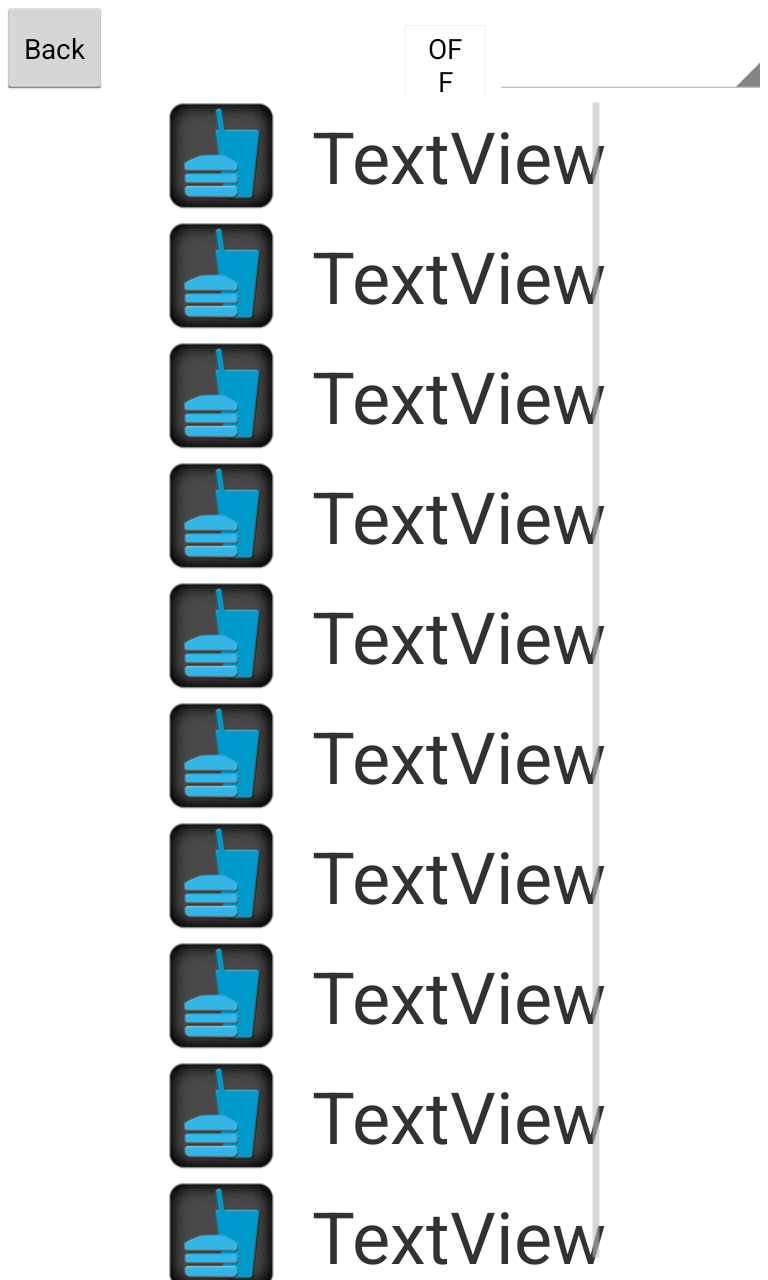
Repository: vitchyr/javoe
Layout: FirstRelease/res/layout/restaurant.xml
These files come from the project's save history. The layout is drawn as it stood at one moment and after the next save; the edit follows.
It is drawn on a 768 x 1280 px phone screen (xhdpi) without system bars, with theme AppTheme; the app's code is not run.

Above is the layout before, as saved 2013-08-18 22:35:42.

### FirstRelease/res/layout/restaurant.xml
<LinearLayout xmlns:android="http://schemas.android.com/apk/res/android"
    xmlns:tools="http://schemas.android.com/tools"
    android:layout_width="match_parent"
    android:layout_height="fill_parent"
    android:gravity="center_horizontal"
    android:orientation="vertical"
    tools:context=".RestaurantActivity" >

    <LinearLayout
        android:layout_width="match_parent"
        android:layout_height="48dp" >

        <Button
            android:id="@+id/button1"
            style="?android:attr/buttonStyleSmall"
            android:layout_width="wrap_content"
            android:layout_height="match_parent"
            android:text="Back" />

        <TextView
            android:id="@+id/textView1"
            android:layout_width="144dp"
            android:layout_height="wrap_content" />

        <ToggleButton
            android:id="@+id/toggleButton1"
            android:layout_width="48dp"
            android:layout_height="48dp" />

        <Spinner
            android:id="@+id/spinner1"
            android:layout_width="wrap_content"
            android:layout_height="48dp"
            android:layout_weight="1" />
    </LinearLayout>

    <ScrollView
        android:id="@+id/scrollView1"
        android:layout_width="wrap_content"
        android:layout_height="match_parent" >

        <LinearLayout
            android:layout_width="wrap_content"
            android:layout_height="match_parent"
            android:orientation="vertical" >

            <LinearLayout
                android:layout_width="match_parent"
                android:layout_height="wrap_content"
                android:gravity="center_vertical" >

                <ImageView
                    android:id="@+id/imageView1"
                    android:layout_width="60dp"
                    android:layout_height="60dp"
                    android:src="@drawable/ic_launcher" />

                <TextView
                    android:id="@+id/textView2"
                    android:layout_width="wrap_content"
                    android:layout_height="wrap_content"
                    android:paddingLeft="15dp"
                    android:text="TextView"
                    android:textSize="36sp" />
            </LinearLayout>

            <LinearLayout
                android:layout_width="match_parent"
                android:layout_height="wrap_content"
                android:gravity="center_vertical" >

                <ImageView
                    android:id="@+id/imageView2"
                    android:layout_width="60dp"
                    android:layout_height="60dp"
                    android:src="@drawable/ic_launcher" />

                <TextView
                    android:id="@+id/textView3"
                    android:layout_width="wrap_content"
                    android:layout_height="wrap_content"
                    android:paddingLeft="15dp"
                    android:text="TextView"
                    android:textSize="36sp" />
            </LinearLayout>

            <LinearLayout
                android:layout_width="match_parent"
                android:layout_height="wrap_content"
                android:gravity="center_vertical" >

                <ImageView
                    android:id="@+id/imageView3"
                    android:layout_width="60dp"
                    android:layout_height="60dp"
                    android:src="@drawable/ic_launcher" />

                <TextView
                    android:id="@+id/textView4"
                    android:layout_width="wrap_content"
                    android:layout_height="wrap_content"
                    android:paddingLeft="15dp"
                    android:text="TextView"
                    android:textSize="36sp" />
            </LinearLayout>

            <LinearLayout
                android:layout_width="match_parent"
                android:layout_height="wrap_content"
                android:gravity="center_vertical" >

                <ImageView
                    android:id="@+id/imageView4"
                    android:layout_width="60dp"
                    android:layout_height="60dp"
                    android:src="@drawable/ic_launcher" />

                <TextView
                    android:id="@+id/textView5"
                    android:layout_width="wrap_content"
                    android:layout_height="wrap_content"
                    android:paddingLeft="15dp"
                    android:text="TextView"
                    android:textSize="36sp" />
            </LinearLayout>

            <LinearLayout
                android:layout_width="match_parent"
                android:layout_height="wrap_content"
                android:gravity="center_vertical" >

                <ImageView
                    android:id="@+id/imageView5"
                    android:layout_width="60dp"
                    android:layout_height="60dp"
                    android:src="@drawable/ic_launcher" />

                <TextView
                    android:id="@+id/textView6"
                    android:layout_width="wrap_content"
                    android:layout_height="wrap_content"
                    android:paddingLeft="15dp"
                    android:text="TextView"
                    android:textSize="36sp" />
            </LinearLayout>

            <LinearLayout
                android:layout_width="match_parent"
                android:layout_height="wrap_content"
                android:gravity="center_vertical" >

                <ImageView
                    android:id="@+id/imageView6"
                    android:layout_width="60dp"
                    android:layout_height="60dp"
                    android:src="@drawable/ic_launcher" />

                <TextView
                    android:id="@+id/textView7"
                    android:layout_width="wrap_content"
                    android:layout_height="wrap_content"
                    android:paddingLeft="15dp"
                    android:text="TextView"
                    android:textSize="36sp" />
            </LinearLayout>

            <LinearLayout
                android:layout_width="match_parent"
                android:layout_height="wrap_content"
                android:gravity="center_vertical" >

                <ImageView
                    android:id="@+id/imageView7"
                    android:layout_width="60dp"
                    android:layout_height="60dp"
                    android:src="@drawable/ic_launcher" />

                <TextView
                    android:id="@+id/textView8"
                    android:layout_width="wrap_content"
                    android:layout_height="wrap_content"
                    android:paddingLeft="15dp"
                    android:text="TextView"
                    android:textSize="36sp" />
            </LinearLayout>

            <LinearLayout
                android:layout_width="match_parent"
                android:layout_height="wrap_content"
                android:gravity="center_vertical" >

                <ImageView
                    android:id="@+id/imageView8"
                    android:layout_width="60dp"
                    android:layout_height="60dp"
                    android:src="@drawable/ic_launcher" />

                <TextView
                    android:id="@+id/textView9"
                    android:layout_width="wrap_content"
                    android:layout_height="wrap_content"
                    android:paddingLeft="15dp"
                    android:text="TextView"
                    android:textSize="36sp" />
            </LinearLayout>

            <LinearLayout
                android:layout_width="match_parent"
                android:layout_height="wrap_content"
                android:gravity="center_vertical" >

                <ImageView
                    android:id="@+id/imageView9"
                    android:layout_width="60dp"
                    android:layout_height="60dp"
                    android:src="@drawable/ic_launcher" />

                <TextView
                    android:id="@+id/textView10"
                    android:layout_width="wrap_content"
                    android:layout_height="wrap_content"
                    android:paddingLeft="15dp"
                    android:text="TextView"
                    android:textSize="36sp" />
            </LinearLayout>

            <LinearLayout
                android:layout_width="match_parent"
                android:layout_height="wrap_content"
                android:gravity="center_vertical" >

                <ImageView
                    android:id="@+id/imageView10"
                    android:layout_width="60dp"
                    android:layout_height="60dp"
                    android:src="@drawable/ic_launcher" />

                <TextView
                    android:id="@+id/textView11"
                    android:layout_width="wrap_content"
                    android:layout_height="wrap_content"
                    android:paddingLeft="15dp"
                    android:text="TextView"
                    android:textSize="36sp" />
            </LinearLayout>
        </LinearLayout>
    </ScrollView>

</LinearLayout>

Loaded but not shown: FirstRelease/res/values/styles.xml (common file); FirstRelease/res/values-v11/styles.xml (common file); FirstRelease/res/values-v14/styles.xml (common file)

After the next save:
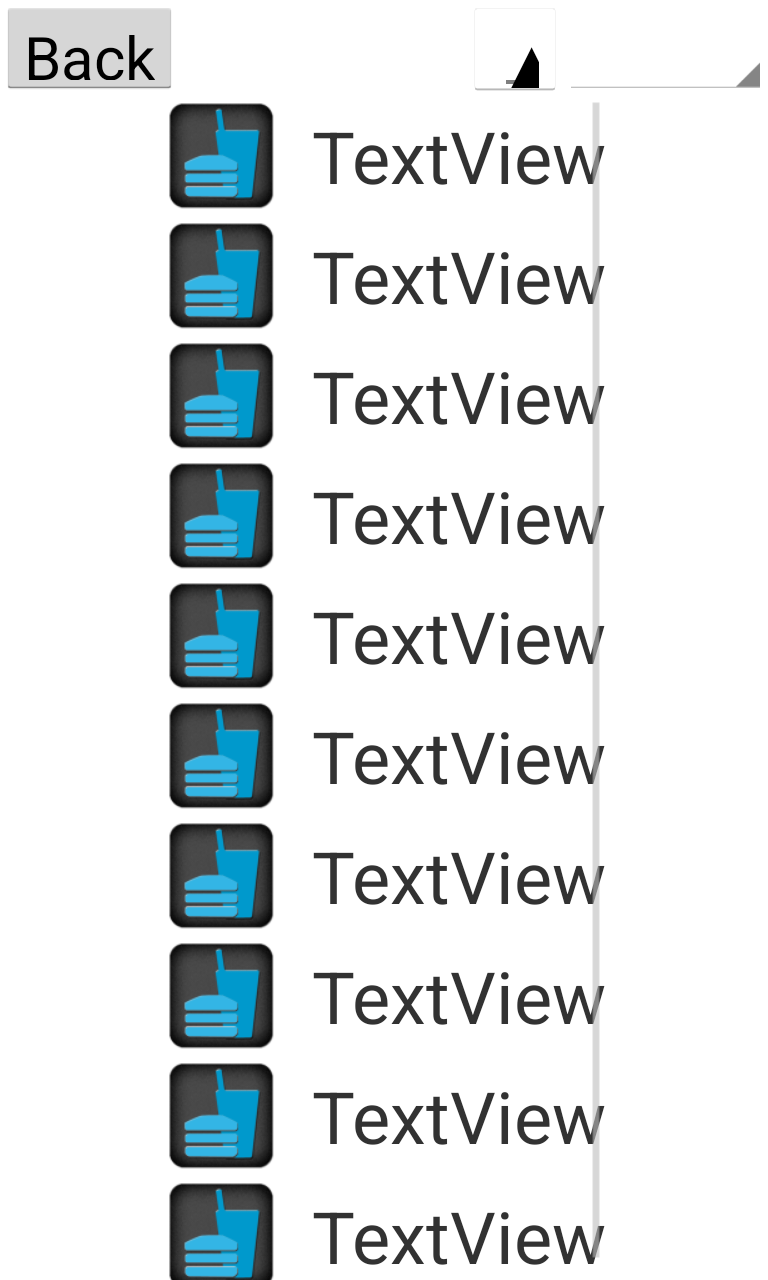
Saved 5 min 45 s later.
--- a/FirstRelease/res/layout/restaurant.xml
+++ b/FirstRelease/res/layout/restaurant.xml
@@ -15,7 +15,8 @@
             style="?android:attr/buttonStyleSmall"
             android:layout_width="wrap_content"
             android:layout_height="match_parent"
-            android:text="Back" />
+            android:text="Back"
+            android:textSize="30sp" />
 
         <TextView
             android:id="@+id/textView1"
@@ -25,13 +26,18 @@
         <ToggleButton
             android:id="@+id/toggleButton1"
             android:layout_width="48dp"
-            android:layout_height="48dp" />
+            android:layout_height="48dp"
+            android:textOff="▲"
+            android:textOn="▼"
+            android:textSize="40sp" />
 
         <Spinner
             android:id="@+id/spinner1"
             android:layout_width="wrap_content"
             android:layout_height="48dp"
-            android:layout_weight="1" />
+            android:layout_weight="1"
+            android:entries="{Protein, Fat, Carbs, Calories}" />
+
     </LinearLayout>
 
     <ScrollView
